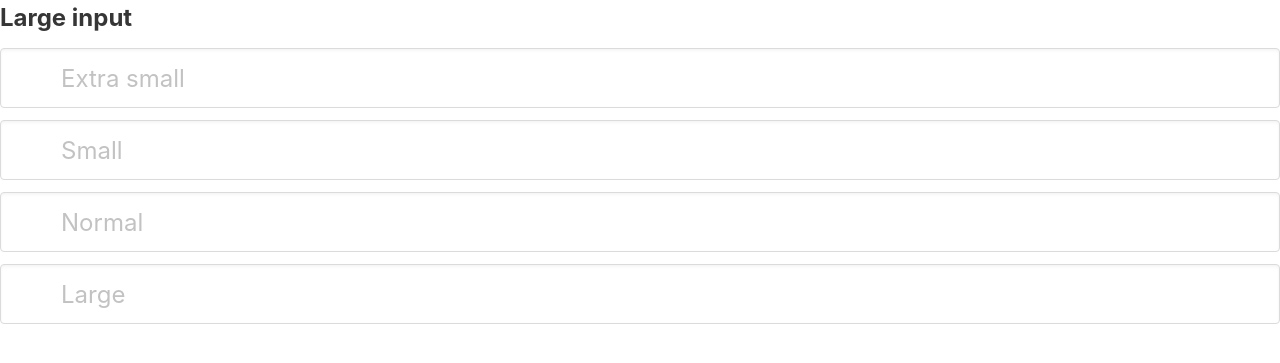
Repository: Spawnbig/ProyectoEspTec1
Page: /
The author's editor kept a copy of each file at every save. The page is drawn from the files as they stood at one save, then again after the next save.
The browser window is 1280 px wide. The pictures show the whole page.
The project was rebuilt for these pictures with package versions that can differ from the ones it lists, and the page was loaded fresh each time. Also part of the build but not shown: vite.config.js, src/views/Dashboard.vue.

Above is the page before, as saved 2022-07-08 21:47:25.

### src/main.js
import { createApp } from 'vue'
import { createPinia } from 'pinia'
import App from './App.vue'
import router from './router'



const app = createApp(App)

app.use(createPinia())
app.use(router)

app.mount('#app')

### src/App.vue

<template>
  <RouterView />
</template>

<script>
export default{

}
</script>


<style>
@import "https://cdn.jsdelivr.net/npm/bulma@0.9.4/css/bulma.min.css";


</style>

### src/router/index.js
import { createRouter, createWebHistory } from 'vue-router'
import HomeView from '../views/HomeView.vue'
import Dashboard from '../views/Dashboard.vue'

const router = createRouter({
  history: createWebHistory(import.meta.env.BASE_URL),
  routes: [
    {
      path: '/',
      name: 'home',
      component: HomeView
    },
    {
      path: '/dashboard',
      name: 'dashboard',
      // route level code-splitting
      // this generates a separate chunk (About.[hash].js) for this route
      // which is lazy-loaded when the route is visited.
      component: Dashboard
    }
  ]
})

export default router

### src/views/HomeView.vue
<template>
  <CrearUsuario/>
</template>

<script >
import CrearUsuario from "../components/CrearUsuario.vue";

export default {
components:{CrearUsuario}
}

</script>


<style scoped>

</style>

### src/components/CrearUsuario.vue
<template>
<div class="Cuerpo" id="Cuerpo">
<div class="field">
  <label class="label is-large">Large input</label>
  <div class="control has-icons-left has-icons-right">
    <input class="input is-large" type="email" placeholder="Extra small">
    <span class="icon is-small is-left">
      <i class="fas fa-envelope fa-xs"></i>
    </span>
    <span class="icon is-small is-right">
      <i class="fas fa-check fa-xs"></i>
    </span>
  </div>
</div>

<div class="field">
  <div class="control has-icons-left has-icons-right">
    <input class="input is-large" type="email" placeholder="Small">
    <span class="icon is-left">
      <i class="fas fa-envelope fa-sm"></i>
    </span>
    <span class="icon is-right">
      <i class="fas fa-check fa-sm"></i>
    </span>
  </div>
</div>

<div class="field">
  <div class="control has-icons-left has-icons-right">
    <input class="input is-large" type="email" placeholder="Normal">
    <span class="icon is-large is-left">
      <i class="fas fa-envelope"></i>
    </span>
    <span class="icon is-large is-right">
      <i class="fas fa-check"></i>
    </span>
  </div>
</div>

<div class="field">
  <div class="control has-icons-left has-icons-right">
    <input class="input is-large" type="email" placeholder="Large">
    <span class="icon is-medium is-left">
      <i class="fas fa-envelope fa-lg"></i>
    </span>
    <span class="icon is-medium is-right">
      <i class="fas fa-check fa-lg"></i>
    </span>
  </div>
</div>
</div>

</template>

<script>

export default {

}






</script>

<style scoped>

</style>

Loaded but not shown: index.html (common file)

After the next save:
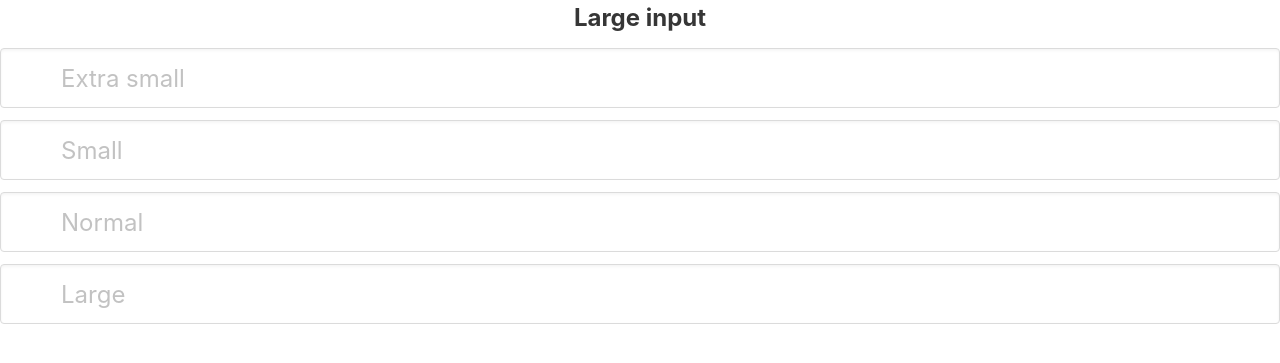
Saved 48 s later.
--- a/src/components/CrearUsuario.vue
+++ b/src/components/CrearUsuario.vue
@@ -66,5 +66,7 @@
 </script>
 
 <style scoped>
-
+.Cuerpo{
+  text-align: center;
+}
 </style>
